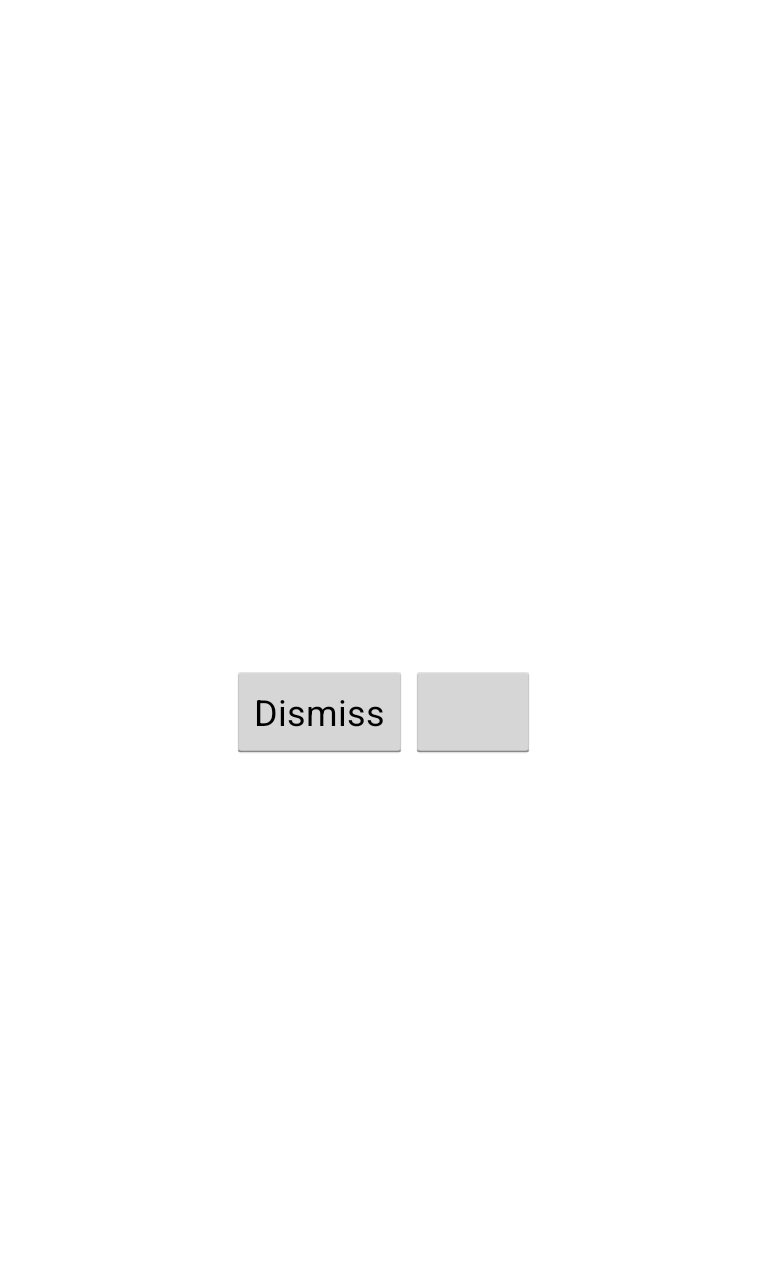
Repository: NewDay320/Lumos
Layout: src/Lumos/branches/mzTest2/res/layout/activity_result.xml
These files come from the project's save history. The layout is drawn as it stood at one moment and after the next save; the edit follows.
It is drawn on a 768 x 1280 px phone screen (xhdpi) without system bars, with theme AppTheme; the app's code is not run.

Above is the layout before, as saved 2014-03-17 19:03:46.

After the next save:
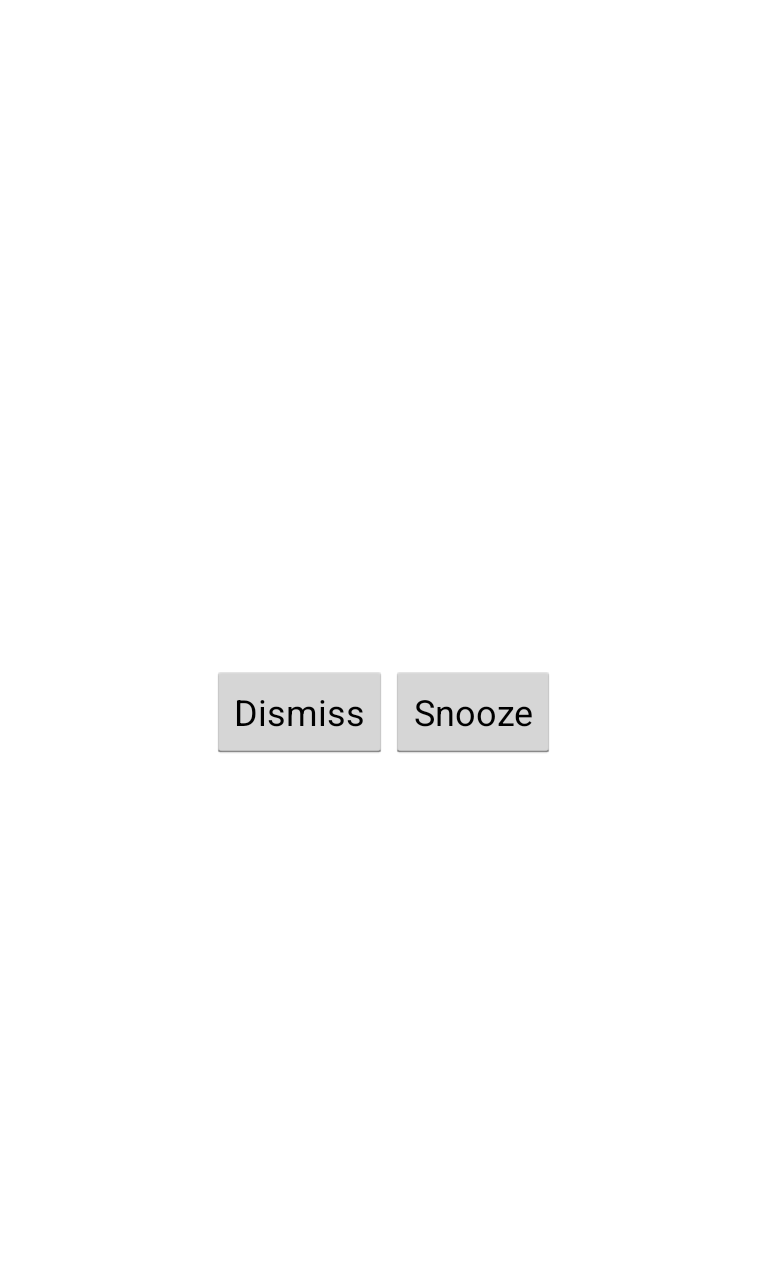
Saved 8 s later.
--- a/src/Lumos/branches/mzTest2/res/layout/activity_result.xml
+++ b/src/Lumos/branches/mzTest2/res/layout/activity_result.xml
@@ -31,6 +31,7 @@
             android:layout_height="wrap_content"
             android:layout_alignBottom="@+id/dismiss_button"
             android:layout_toRightOf="@+id/dismiss_button"
-            android:onClick="onSnoozeClick">
+            android:onClick="onSnoozeClick"
+            android:text="@string/snooze">
         </Button>
 </RelativeLayout>
